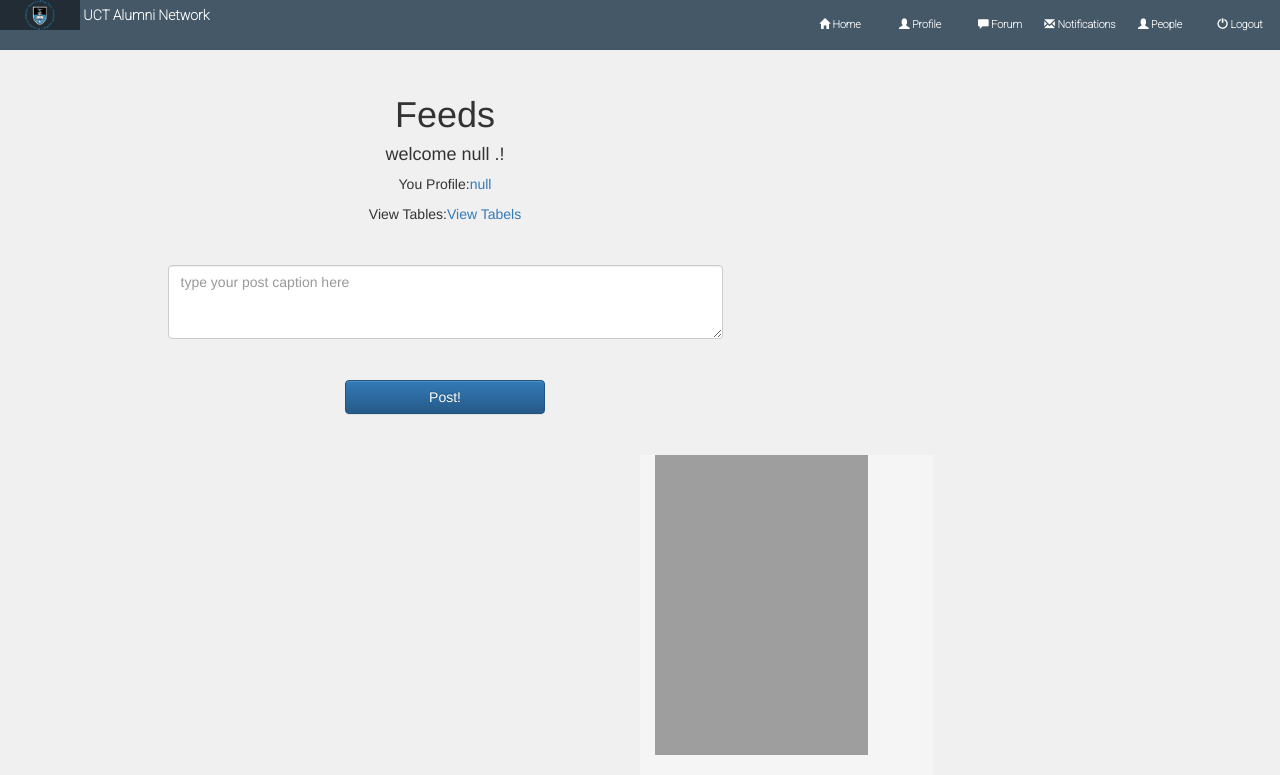
Repository: lorna-k/Workspace
Page: http://localhost/Alumni-2/JSP/Feed.jsp
An editor plug-in stored every save of this project. The page is shown before and after the next save, followed by the edit.
The browser window is 1280 px wide. The pictures show the whole page.
Pictures or frames that could not be fetched are drawn as grey boxes. Some web fonts or font styles are not loaded; a fallback is used. The page is served by Tomcat 9. Other server files are loaded and not shown. Queries for data that is not in the repository find no rows.

Above is the page before, as saved 2016-09-13 19:02:03.

### Alumni/Alumni-2/WebContent/JSP/Feed.jsp
<%@ page language="java" contentType="text/html; charset=ISO-8859-1" pageEncoding="ISO-8859-1"%>

<%@ page import="java.sql.*" %>
<%@ page import="dao.DataAccess" %>
<%@ page import="servlet.Post" %>
<%@ page import="java.io.*"%>

<% Class.forName("com.mysql.jdbc.Driver"); %>
<!DOCTYPE html PUBLIC "-//W3C//DTD HTML 4.01 Transitional//EN" "http://www.w3.org/TR/html4/loose.dtd">
<html>
<head>
<meta http-equiv="Content-Type" content="text/html; charset=ISO-8859-1">

<!--|||||||||||||||||| I am sure that we do not have to copy and poster the style tages in every page  ||||||||||||||||||-->

<meta name="viewport" content="width=device-width, initial-scale=1, maximum-scale=1">
	<meta charset="ISO-8859-1">

	<!-- css -->
	<link rel="stylesheet" href="../css/normalize.css">
	<link rel="stylesheet" href="../css/nav_style.css">
	<link rel="stylesheet" href="../css/site_styles.css">
	<link rel="stylesheet" type="text/css" href="../css/feed_style.css">

	<!-- font -->
	<link href='http://fonts.googleapis.com/css?family=PT+Sans:400,700' rel='stylesheet' type='text/css'>
	<link href="https://fonts.googleapis.com/css?family=Open+Sans|Raleway|Roboto:100" rel="stylesheet">
	<!-- JQuery -->
	<!-- <script src="https://ajax.googleapis.com/ajax/libs/jquery/1.7.2/jquery.min.js"></script> -->
	<script src="https://ajax.googleapis.com/ajax/libs/jquery/1.12.4/jquery.min.js"></script><script src="https://ajax.googleapis.com/ajax/libs/jquery/1.12.4/jquery.min.js"></script>




	<!-- Latest compiled and minified CSS -->
	<link rel="stylesheet" href="https://maxcdn.bootstrapcdn.com/bootstrap/3.3.7/css/bootstrap.min.css" integrity="sha384-BVYiiSIFeK1dGmJRAkycuHAHRg32OmUcww7on3RYdg4Va+PmSTsz/K68vbdEjh4u" crossorigin="anonymous">

	<!-- Optional theme -->
	<link rel="stylesheet" href="https://maxcdn.bootstrapcdn.com/bootstrap/3.3.7/css/bootstrap-theme.min.css" integrity="sha384-rHyoN1iRsVXV4nD0JutlnGaslCJuC7uwjduW9SVrLvRYooPp2bWYgmgJQIXwl/Sp" crossorigin="anonymous">

	<!-- Latest compiled and minified JavaScript -->
	<script src="https://maxcdn.bootstrapcdn.com/bootstrap/3.3.7/js/bootstrap.min.js" integrity="sha384-Tc5IQib027qvyjSMfHjOMaLkfuWVxZxUPnCJA7l2mCWNIpG9mGCD8wGNIcPD7Txa" crossorigin="anonymous"></script>


	<style >@media (min-width: 992px).col-md-offset-6 { margin-left: 195px;}</style>


	<script>
	$(function() {
		var pull 		= $('#pull');
		menu 		= $('nav ul');
		menuHeight	= menu.height();

		$(pull).on('click', function(e) {
			e.preventDefault();
			menu.slideToggle();
		});

		$(window).resize(function(){
			var w = $(window).width();
			if(w > 320 && menu.is(':hidden')) {
				menu.removeAttr('style');
			}
		});
	 });
	 </script>
	<script>!function(d,s,id){var js,fjs=d.getElementsByTagName(s)[0],p=/^http:/.test(d.location)?'http':'https';if(!d.getElementById(id)){js=d.createElement(s);js.id=id;js.src=p+"://platform.twitter.com/widgets.js";fjs.parentNode.insertBefore(js,fjs);}}(document,"script","twitter-wjs");</script>




</head>
<body>
     <div nav-container style="position:fixed; top:0; left:0; right:0; z-index:1">
		<nav class="clearfix">
			<a href="../index.html" class="nav-title"><img class="nav-logo" src="../uct-logo.png"></a>
			<span class="header-title" style="color:white;">UCT Alumni Network</span>
			<ul class="clearfix">
				<li><a href="index.html"><span class="glyphicon glyphicon-home" aria-hidden="true"></span> Home</a></li>
				<li><a href="profile.html"><span class="glyphicon glyphicon-user" aria-hidden="true"></span> Profile</a></li>
				<li><a href=""><span class="glyphicon glyphicon-comment" aria-hidden="true"></span> Forum</a></li>
				<li><a href=""><span class="glyphicon glyphicon-envelope" aria-hidden="true"></span> Notifications</a></li>
				<li><a href=""><span class="glyphicon glyphicon-user" aria-hidden="true"></span> People</a></li>
				<li><a href=""><span class="glyphicon glyphicon-off" aria-hidden="true"></span> Logout</a></li>
			</ul>
			<a href="#" id="pull">Menu</a>
		</nav>
	</div>

	<div class="content" style="position:relative; top:75px">
		<div class="container ">
			<div class="row">
				<div class="posts-section col-md-6 col-md-offset-1">


				<!-- ||||||||||||||||||||||||||||||||||||||||||||||||||||||||||||||||||||||||||||||| -->



					<h1 align="center">Feeds</h1>
					<div align="center">
						 <h4> welcome <%= request.getSession().getAttribute("currentUserName") %> .!</h4>
						<p>You Profile:<a href="../profile.html"><%= request.getSession().getAttribute("currentUserName") %></a></p>
						<p>View Tables:<a href="PendingUsers.jsp">View Tabels</a></p>
					</div>

					<!-- |||||||||||||||||||||||||||||||||||||||||||||||||| This is the post uplad section ||||||||||||||||||||||||||||||||||||||||||||||||||-->

					<hr/>

					<div>
						<form method="post" action="../Post" >

								<textarea class="form-control" id="txt_area" name="caption" placeholder="type your post caption here" rows="3"   ></textarea>


							<hr/>

							<div  id="upload_buttons" align="center">

									<button type="submit" class="btn btn-primary" name="post" value="posting" style="width:200px;">Post!</button>
									<!-- <label class="btn btn-primary btn-file" style="width:200px;" id="file_button">
										Upload <input type="file" name="photo" id="uploadID" onchange="changed()" style="display: none;">
									</label>
							         -->

							</div>

							<div>

								<%

								Connection connection = DriverManager.getConnection("jdbc:mysql://137.158.160.145:3306/ngwphu001", "ngwphu001", "eupheyei");

						        Statement statement = connection.createStatement() ;
								ResultSet resultset =  statement.executeQuery("select * from Posts ORDER BY PostId desc") ;


								while(resultset.next())
								{
								%>

								 <!-- Name heading label of the post owner -->
								 <div   id="pic_name" >
								     <div align="center"  class="col-m-offset-4 col-xs-offset-4  name" >
								     	<%=resultset.getString(2)+" "+resultset.getString(3)%>
								     </div>
								 </div>


								<!-- Post message -->
								<div  align="center" class="message_frame "  >
									<p ><%=resultset.getString(4)%></p>
								</div>
								<div align="center" class="col-md-offset-4 col-xs-offset-4 comment" >
									<div  class="likes col-md-2 col-xs-4" style="border:2px solid black;"><strong style="color:red; margin-right: 5px;">Likes</strong><%=resultset.getString(6)%></div>
									<div  class="col-md-7 col-xs-5 comments" style="border:2px solid #346257;">Comment Here!</div>
									<div  style="border:2px solid black" class="col-md-offset-9 col-xs-offset-9"  > <small style="color:red;"><%=resultset.getString(1)%></small></div>
								</div>


							    <div   align="center" "comment-base animated zoomIn" >


									<ol class="list-group ">

											<%

											Connection connection2 = DriverManager.getConnection("jdbc:mysql://137.158.160.145:3306/ngwphu001", "ngwphu001", "eupheyei");

									        Statement statement2 = connection2.createStatement() ;
											ResultSet resultset2 =  statement2.executeQuery("select * from Comments WHERE ID = '"+resultset.getString(1)+"' ORDER BY ID desc") ;
											while(resultset2.next())
											{
												if(resultset.getString(1).equals(resultset2.getString(1)) )
												{
													%>
													<li class="list-group-item" >
														<div align="center">
															<p><strong><i style="color:blue"><%=resultset2.getString(2)+" "+resultset2.getString(3)%></i></strong></p>
															<p><%=resultset2.getString(4)%></p>

														</div>
													</li>
													<%
												}
											 }
											%>

									</ol>
										<!-- <input style="margin-bottom:10px" placeholder="Sender" class="form-control" name="userName"  /> -->
										<textarea style="margin-bottom:10px" placeholder="Comment here" rows="2" class="form-control" name="<%=resultset.getString(1)%>"></textarea>
										<button type="submit" name="sendComment" value="<%=resultset.getString(1)%>" class="btn btn-primary" style="width:150px">Send</button>
								</div>


								<%
								}
								%>

							</div>

						</form>
					</div>
					<hr/>

					<!--||||||||||||||||||||||||||||||||||||||||||||||||||  Closing the post upload setion ||||||||||||||||||||||||||||||||||||||||||||||||||-->
			</div>
				    <div class="feed-section col-md-3 col-md-offset-6" style="background-color: whitesmoke;">
						<div class="fb-feed" style="margin-bottom:20px;">
							<iframe src="https://www.facebook.com/plugins/page.php?href=https%3A%2F%2Fwww.facebook.com%2FNombulelo-senior-secondary-school-236973209727154%2F&tabs=timeline&width=213&height=300&small_header=false&adapt_container_width=true&hide_cover=false&show_facepile=true&appId" width="213" height="300" style="border:none;overflow:hidden" scrolling="no" frameborder="0" allowTransparency="true"></iframe>
						</div>
						<div class="twitter-feed">
							<a class="twitter-timeline"  href="https://twitter.com/search?q=UCT%20Science" data-widget-id="774076283923816448"></a>
						</div>
					</div>


			</div>
		</div>
     </div>



</body>
</html>

### Alumni/Alumni-2/WebContent/css/nav_style.css
/* Clearfix */
.clearfix:before,
.clearfix:after {
    content: " ";
    display: table;
}
.clearfix:after {
    clear: both;
}
.clearfix {
    *zoom: 1;
}



/* Basic Styles */
body {
	background-color: #f0f0f0 !important;
}
nav {
	height: 50px;
	width: 100%;
	background: #455868;
	font-family: 'Roboto','Open Sans', 'PT Sans', Arial, sans-serif;
	font-weight: bold;
	position: relative;
	/*border-top: 1px solid #283744;*/
}
img.nav-logo{
	width:30px;
    height:auto;
}
nav ul {
	padding: 0;
	margin: 0 auto;
	width: 480px;
	height: 50px;
	float: right;
}
nav li {
	display: inline;
	float: left;
	font-size: 8pt;
}
nav a {
	color: #fff;
	display: inline-block;
	width: 80px;
	text-align: center;
	text-decoration: none;
	line-height: 50px;
}
nav li a {
	/*border-right: 1px solid #576979;*/
	box-sizing:border-box;
	-moz-box-sizing:border-box;
	-webkit-box-sizing:border-box;
}
/*.nav-container{
	position:fixed;
	top:0;
	left:0;
	right:0;
}*/
.nav-title{
	font-size: 20px;
}
nav a:hover, nav a:active {
	/*background-color: #8c99a4;*/
	text-decoration: none;
	color: #1FBAD6;
	background: rgba(0, 0, 0, .5);

}
nav a#pull {
	display: none;
}

/*Styles for screen 600px and lower*/
@media screen and (max-width: 708px) {
	.nav-logo{
		width: 100%;
		height: inherit;
	}
	nav {
  		height: auto;
  	}
  	nav ul {
  		width: 100%;
  		display: block;
  		height: auto;
  		float: none;
  		border-top: 1px solid #283744;
  	}
  	nav li {
  		width: 50%;
  		float: right;
  		position: relative;
  	}
  	nav li a {
		border-bottom: 1px solid #576979;
		border-right: 1px solid #576979;
	}
  	nav a {
	  	text-align: left;
	  	width: 100%;
	  	text-indent: 25px;
  	}
}

/*Styles for screen 515px and lower*/
@media only screen and (max-width : 707px) {
	.nav-logo{
		display: none;
	}
	nav {
		border-bottom: 0;
	}
	nav ul {
		display: none;
		height: auto;
		float: none;
	}
	nav a#pull {
		display: block;
		background-color: #283744;
		width: 100%;
		position: relative;
	}
	nav a#pull:after {
		content:"";
		background: url('nav-icon.png') no-repeat;
		width: 30px;
		height: 30px;
		display: inline-block;
		position: absolute;
		right: 15px;
		top: 10px;
	}
}

/*Smartphone*/
@media only screen and (max-width : 320px) {
	nav li {
		display: block;
		float: none;
		width: 100%;
	}
	nav li a {
		border-bottom: 1px solid #576979;
	}
}

### Alumni/Alumni-2/WebContent/css/feed_style.css
.posts-section {
   /*margin-left: 200px;
   */
   width:320px;

}
.content{
   /*position: relative;*/
   /*top: 82px;*/
}

.feed-section {
	width: 220px;
	overflow-y: scroll;
/* position: fixed;
    top: 82px;
    right: 300px;
    bottom: 10px;
    width: 300px;
    background-color: #eee;*/
   /* position: relative;
    top: 80px;*/
  }
@media screen and (max-width: 328px) {
	.feed-section {
		display: none;
	}
}

.timeline-Footer.u-cf{
	display: none;
}






/*////////////////////////////////////[Posts styles]///////////////////////////////////////*/





#pic_name
{
	margin-left:5px;
	margin-right:5px;
	height:50px;
	background-color: #00c4cc;
	box-shadow:2px 2px black;
	/* border-radius:5px; */
	margin-top:10vw;
}


.name
{
	color:#fff;
	font-size: 2.5vw;
	font-weight: bold;
	font-family: Helvetica;
	/*text-shadow: 5px 5px 5px rgba(0,0,0,08);*/
	height:50px;
	/* width:50vw; */
	margin:0;
	padding:0;
	padding-top:1px;
	/* box-shadow:2px 2px black; */
}

 @media(max-width:750px){.name{width:100%;font-size: 5vw;}}

.message_frame
{
	height:200px;
	margin-top:5px;
	margin-bottom:10px;
	margin-left:5px;
	margin-right:5px;
	border-radius:5px;
	box-shadow:2px 2px black;
	font-size:20px;
	font-family:Arial Black;
	word-wrap: break-word;
	overflow: auto;padding-top:7%;
	padding-right:7%;
	padding-left:7%;
}


.comment
{
	margin-left:5px;
	margin-right:5px;
	height:50px;
	box-shadow:2px 2px black;
	border-radius:5px;
	padding-top:10px;
	padding-right:5px;
	padding-left:15px;
	word-wrap: break-word;
	overflow: auto;

}

.comments:hover
{
	color:white;
	border:2px solid blue;
	background-color:#1fc9fb;
}
.likes
{
	border:2px solid black;
}
.likes:hover
{
	color:white;
	border:2px solid blue;
	background-color:#1fc9fb;
}

.comments
{
	border:2px solid #346257;
	overflow: auto;
}

/*Commnet Base Section*/

.comment-base
{
	height:200px;margin-left:5px;margin-right:5px;margin-top:10px;overflow: auto;box-shadow:0px 1px 1px black;border-radius:5px;
}

Loaded but not shown: Alumni/Alumni-2/WebContent/css/normalize.css (library); Alumni/Alumni-2/WebContent/css/site_styles.css (no copy from this time; the picture is the same without it)

After the next save:
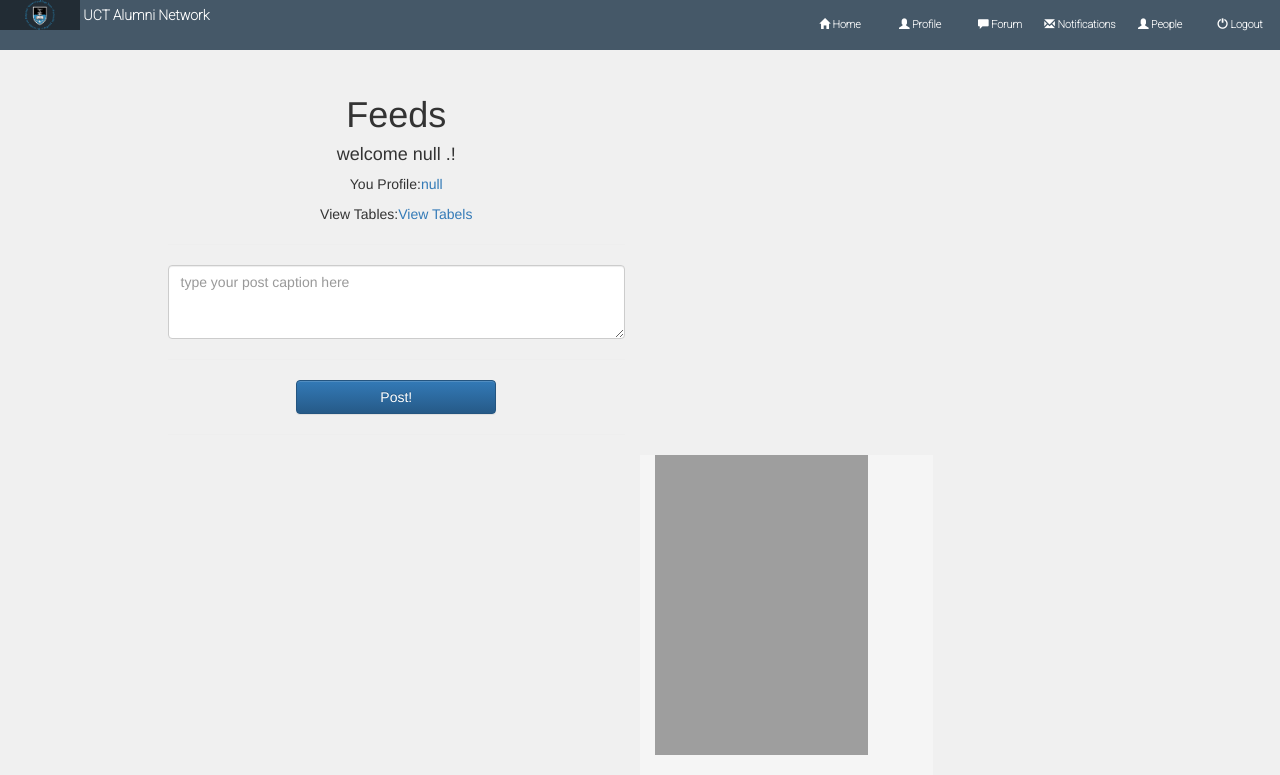
Saved 6 min 35 s later.
--- a/Alumni/Alumni-2/WebContent/JSP/Feed.jsp
+++ b/Alumni/Alumni-2/WebContent/JSP/Feed.jsp
@@ -90,7 +90,7 @@
 	<div class="content" style="position:relative; top:75px">
 		<div class="container ">
 			<div class="row">
-				<div class="posts-section col-md-6 col-md-offset-1">
+				<div class="posts-section col-md-5 col-md-offset-1">
 
 
 				<!-- ||||||||||||||||||||||||||||||||||||||||||||||||||||||||||||||||||||||||||||||| -->
@@ -205,7 +205,8 @@
 					<hr/>
 
 					<!--||||||||||||||||||||||||||||||||||||||||||||||||||  Closing the post upload setion ||||||||||||||||||||||||||||||||||||||||||||||||||-->
-			</div>
+
+			       </div>
 				    <div class="feed-section col-md-3 col-md-offset-6" style="background-color: whitesmoke;">
 						<div class="fb-feed" style="margin-bottom:20px;">
 							<iframe src="https://www.facebook.com/plugins/page.php?href=https%3A%2F%2Fwww.facebook.com%2FNombulelo-senior-secondary-school-236973209727154%2F&tabs=timeline&width=213&height=300&small_header=false&adapt_container_width=true&hide_cover=false&show_facepile=true&appId" width="213" height="300" style="border:none;overflow:hidden" scrolling="no" frameborder="0" allowTransparency="true"></iframe>
@@ -215,7 +216,6 @@
 						</div>
 					</div>
 
-
 			</div>
 		</div>
      </div>
